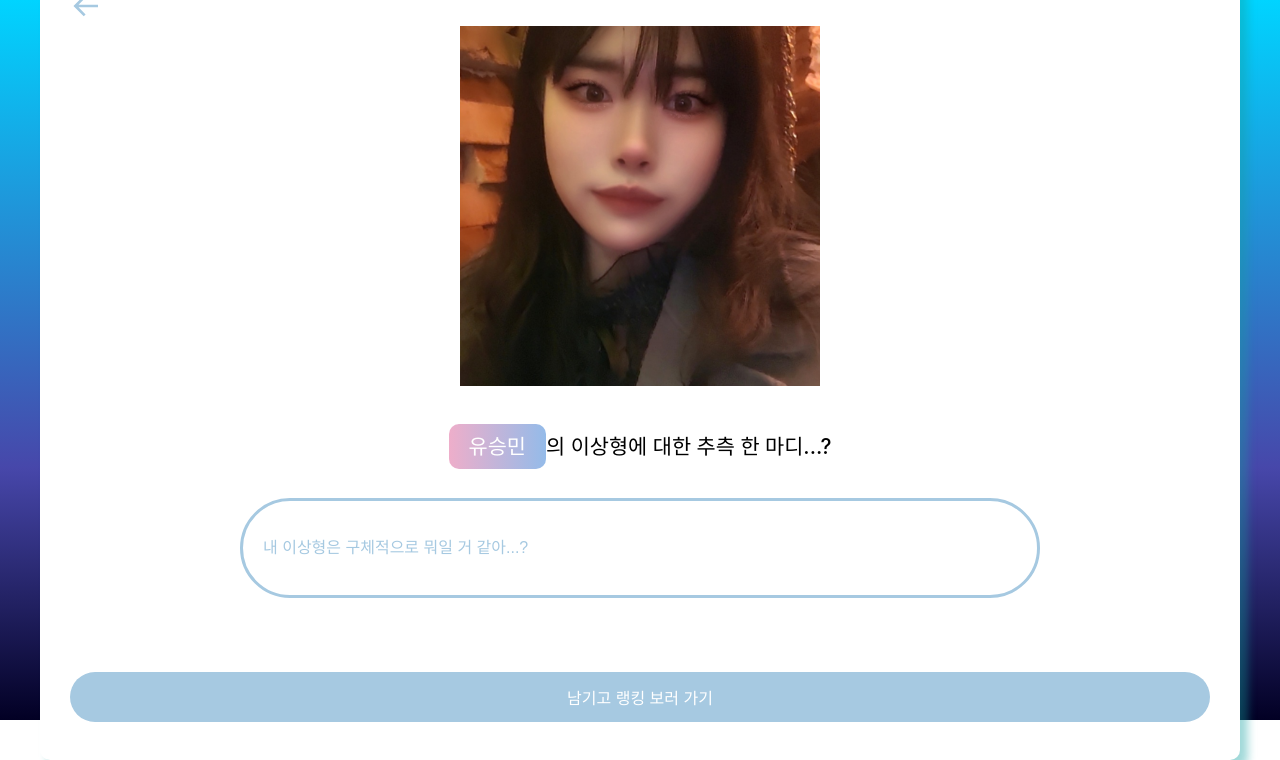
Repository: dnjfht/quiz3
Page: /message
An editor plug-in stored every save of this project. The page is shown before and after the next save, followed by the edit.
The browser window is 1280 px wide. The pictures show the whole page.
The project was rebuilt for these pictures with package versions that can differ from the ones it lists, and the page was loaded fresh each time. Also part of the build but not shown: src/components/Start.js, src/components/Progress.js, src/components/Quiz.js, src/components/Score.js, src/components/Ranking.js, src/components/NotPage.js.

Above is the page before, as saved 2023-04-15 23:46:29.

### src/index.js
import React from "react";
import ReactDOM from "react-dom/client";
import "./index.css";
import App from "./App";
import reportWebVitals from "./reportWebVitals";
import { BrowserRouter } from "react-router-dom";
import { Provider } from "react-redux";
import store from "./redux/config/configStore";

const root = ReactDOM.createRoot(document.getElementById("root"));
root.render(
  <Provider store={store}>
    <BrowserRouter>
      <App />
    </BrowserRouter>
  </Provider>
);

// If you want to start measuring performance in your app, pass a function
// to log results (for example: reportWebVitals(console.log))
// or send to an analytics endpoint. Learn more: https://bit.ly/CRA-vitals
reportWebVitals();

### src/index.css
body {
  margin: 0;
  font-family: -apple-system, BlinkMacSystemFont, "Segoe UI", "Roboto", "Oxygen",
    "Ubuntu", "Cantarell", "Fira Sans", "Droid Sans", "Helvetica Neue",
    sans-serif;
  -webkit-font-smoothing: antialiased;
  -moz-osx-font-smoothing: grayscale;
}

code {
  font-family: source-code-pro, Menlo, Monaco, Consolas, "Courier New",
    monospace;
}

@font-face {
  font-family: "ddalgifont";
  src: url("./fonts/고령딸기체+TTF.ttf");
}

@font-face {
  font-family: "chabfont";
  src: url("./fonts/chab.ttf");
}

@font-face {
  font-family: "ddagfont";
  src: url("./fonts/ddag.ttf");
}

### src/App.js
import styled from "styled-components";
import Router from "./shared/Router";

const Wrap = styled.div`
  width: 100%;
  height: 100vh;
  background: rgb(2, 0, 36);
  background: linear-gradient(
    0deg,
    rgba(2, 0, 36, 1) 0%,
    rgba(71, 71, 170, 1) 35%,
    rgba(0, 212, 255, 1) 100%
  );

  position: relative;
`;

const ContentWrap = styled.div`
  width: 1200px;
  height: 800px;
  padding: 30px;
  box-sizing: border-box;
  background-color: white;
  border-radius: 10px;
  box-shadow: 8px 8px 8px rgba(21, 159, 161, 0.4);

  position: absolute;
  top: 50%;
  margin-top: -400px;
  left: 50%;
  margin-left: -600px;
`;

function App() {
  return (
    <Wrap>
      <ContentWrap>
        <Router />
      </ContentWrap>
    </Wrap>
  );
}

export default App;

### src/redux/config/configStore.js
import { combineReducers, createStore, applyMiddleware } from "redux";
import thunk from "redux-thunk";
import quiz from "../modules/quiz";
import rank from "../modules/rank";

const middlewares = [thunk];
// 미들웨어들도 하나로 묶어줘야 힘.

const rootReducer = combineReducers({
  quiz: quiz,
  rank: rank,
});

const enhancer = applyMiddleware(...middlewares);
// reducer 말고 옵셔널하게 추가하는 애들의 모음.
// 여기 미들웨어를 적용해 넣을 거임.

const store = createStore(rootReducer, enhancer);
export default store;

### src/shared/Router.js
import React from "react";
import { Routes, Route } from "react-router-dom";
import Start from "../components/Start";
import Quiz from "../components/Quiz";
import Score from "../components/Score";
import Message from "../components/Message";
import Ranking from "../components/Ranking";
import NotPage from "../components/NotPage";

export default function Router() {
  return (
    <>
      <Routes>
        <Route path="/" element={<Start />} />
        <Route path="/quiz" element={<Quiz />} />
        <Route path="/score" element={<Score />} />
        <Route path="/message" element={<Message />} />
        <Route path="/ranking" element={<Ranking />} />
        <Route path="*" element={<NotPage />} />
      </Routes>
    </>
  );
}

### src/redux/modules/quiz.js
// action value
const ADDUSERANSWER = "add_user_answer";
const RESETUSERANSWER = "reset_user_answer";

// action creator

export const AddUserAnswer = (payload) => {
  return {
    type: ADDUSERANSWER,
    payload: payload,
  };
};

export const ResetUserAnswer = (payload) => {
  return {
    type: RESETUSERANSWER,
    payload: payload,
  };
};

// initialState
const initialState = {
  name: "유승민",
  quiz_list: [
    {
      image: "assets/1.png",
      quiz: "승민의 mbti는 intj다?",
      answer: false,
    },
    {
      image: "assets/2.png",
      quiz: "승민은 공감을 잘해주는 사람을 좋아한다?",
      answer: true,
    },
    {
      image: "assets/3.png",
      quiz: "승민은 사람들이랑 대화하고 알아가는 것을 즐긴다?",
      answer: true,
    },
    {
      image: "assets/4.png",
      quiz: "승민은 자기개발하는걸 좋아한다?",
      answer: true,
    },
    {
      image: "assets/5.png",
      quiz: "승민의 관심있을 때 하는 행동은 선톡을 하는 것이다?",
      answer: true,
    },
    {
      image: "assets/6.png",
      quiz: "승민은 불같은 연애보다 서로 믿고 의지할 수 있는 연애를 선호한다?",
      answer: true,
    },
    {
      image: "assets/7.png",
      quiz: "승민은 계획을 세우고 차근차근 계획에 옮기는걸 선호한다?",
      answer: true,
    },
    {
      image: "assets/8.png",
      quiz: "승민은 놀이기구 타는 것을 좋아한다?",
      answer: false,
    },
    {
      image: "assets/9.png",
      quiz: "승민은 고1 때부터 흡연을 했다?",
      answer: false,
    },
    {
      image: "assets/10.png",
      quiz: "승민은 소개팅을 나간 적이 있다?",
      answer: false,
    },
    {
      image: "assets/11.png",
      quiz: "승민은 소개팅과 같은 인위적인 만남을 좋아한다?",
      answer: false,
    },
    {
      image: "assets/12.png",
      quiz: "승민은 연인과 갈등이 있을 때 대화로 푸는 것을 선호한다?",
      answer: true,
    },
    {
      image: "assets/13.png",
      quiz: "승민은 연애할 때 항상 상대방의 기분이 우선이다?",
      answer: true,
    },
    {
      image: "assets/14.png",
      quiz: "승민은 좋아하는 사람에게 선물주는 것을 좋아한다?",
      answer: true,
    },
    {
      image: "assets/15.png",
      quiz: "승민은 감수성이 풍부해서 슬픈 영화나 만화를 보고 잘 운다?",
      answer: true,
    },
    {
      image: "assets/16.png",
      quiz: "승민은 본래 무뚝뚝한 성격이다?",
      answer: true,
    },
    {
      image: "assets/17.png",
      quiz: "승민의 노래방 18번곡은 나비무덤이다?",
      answer: false,
    },
    {
      image: "assets/18.png",
      quiz: "승민은 핫플을 돌아다니면서 맛집 탐방을 하고 사진 찍는 데이트를 선호한다?",
      answer: true,
    },
    {
      image: "assets/19.png",
      quiz: "승민은 연애할 때 꽃이나 편지 받는걸 좋아한다?",
      answer: true,
    },
    {
      image: "assets/20.png",
      quiz: "승민은 번호를 따인 적이 있다?",
      answer: false,
    },
  ],
  user_answer: [],
  result_text: {
    40: "나랑 친하지 않은가보군?😑",
    60: "나랑 좀 더 친해져야겠다🙃",
    80: "내적 친밀감 80퍼센트!😎",
    100: "뭐야, 넌 내 소울메이트...!?💖",
  },
};

// reducer

const quiz = (state = initialState, action) => {
  switch (action.type) {
    case ADDUSERANSWER: {
      const newUserAnswer = [...state.user_answer, action.payload];
      return { ...state, user_answer: newUserAnswer };
    }
    case RESETUSERANSWER: {
      return { ...state, user_answer: [] };
    }
    default:
      return state;
  }
};

export default quiz;

### src/redux/modules/rank.js
import { db } from "../../firebase";
import {
  collection,
  getDocs,
  addDoc,
  doc,
  updateDoc,
  deleteDoc,
  getDoc,
} from "firebase/firestore";

// action value
const ADDUSERNAME = "add_user_name";
const GETRANK = "get_rank";
const ADDRANK = "add_rank";

// action creator
export const GetRank = (payload) => {
  return {
    type: GETRANK,
    payload: payload,
  };
};

export const AddUserName = (payload) => {
  return {
    type: ADDUSERNAME,
    payload: payload,
  };
};

export const AddRank = (payload) => {
  return {
    type: ADDRANK,
    payload: payload,
  };
};

export const loadQuizFB = () => {
  return async function (dispatch) {
    const quiz_data = await getDocs(collection(db, "quiz"));
    console.log(quiz_data);

    let quiz_list = [];

    quiz_data.forEach((doc) => {
      console.log(doc.data());
      quiz_list.push({ id: doc.id, ...doc.data() });
    });

    console.log(quiz_list);

    dispatch(GetRank(quiz_list));
  };
};

export const addQuizFB = (payload) => {
  return async function (dispatch) {
    const docRef = await addDoc(collection(db, "quiz"), payload);
    // const _quiz = await getDoc(docRef);
    // const quiz = { id: _quiz.id, ..._quiz.data() };
    // dispatch(AddRank(quiz));

    // 추가한 데이터 중 id를 가져와서 bucket_data 만들기.
    // const bucket_data = { id: docRef.id, ...payload };
    // // 마지막으로 액션 일으키기 (수정해달라고 요청)
    // dispatch(createWidget(bucket_data));
  };
};

// initialState
const initialState = {
  user_name: "",
  rank: [
    // { score: 100, name: "방가방가", comment: "다들 잘생겼다" },
    // { score: 40, name: "이하늘", comment: "너무 어려운데..." },
    // { score: 60, name: "오하요~!", comment: "잘 생긴 사람이 곧 이상형" },
  ],
};

// reducer
const rank = (state = initialState, action) => {
  switch (action.type) {
    case GETRANK: {
      console.log(action.payload);
      return { ...state, rank: action.payload };
    }
    case ADDUSERNAME: {
      return { ...state, user_name: action.payload };
    }
    case ADDRANK: {
      const new_rank_data = [...state.rank, action.payload];
      return { ...state, rank: new_rank_data };
    }
    default:
      return state;
  }
};
export default rank;

### src/components/Message.js
import React from "react";
import styled from "styled-components";
import { BiArrowBack } from "react-icons/bi";
import { useNavigate } from "react-router-dom";
import { useDispatch, useSelector } from "react-redux";
import { useRef } from "react";
import { AddRank, addQuizFB } from "../redux/modules/rank";

const Wrap = styled.div`
  width: 100%;
  height: 100%;
`;

const ContentWrap = styled.div`
  width: 100%;
  height: 94%;

  display: flex;
  flex-direction: column;
  align-items: center;
  justify-content: space-between;
`;

const ImgWrap = styled.img`
  width: 360px;
  height: 360px;
`;

const Title = styled.h1`
  margin-top: -20px;

  font-size: 1.3rem;
  font-weight: 500;

  & > span {
    padding: 10px 20px;
    background: rgb(238, 174, 202);
    background: linear-gradient(
      90deg,
      rgba(238, 174, 202, 1) 0%,
      rgba(148, 187, 233, 1) 100%
    );
    border-radius: 10px;

    color: white;
  }
`;

const CommentInput = styled.input`
  width: 800px;
  height: 100px;
  margin-top: -40px;
  padding: 20px;
  box-sizing: border-box;
  background-color: transparent;
  border: 3px solid #a6c9e1;
  border-radius: 50px;

  font-size: 1rem;
  color: rgba(0, 0, 0, 0.6);

  outline: none;

  transition: all 0.8s;

  &:focus {
    border: 3px solid #2a95ae;
  }
  &::placeholder {
    color: #a6c9e1;
  }
`;

const GoToRankingButton = styled.button`
  width: 100%;
  height: 50px;
  margin-top: 10px;
  background: #a6c9e1;
  border: none;
  border-radius: 30px;

  color: white;
  font-size: 1rem;

  transition: all 0.5s;

  &:hover {
    background: #00ffeb;
    color: white;

    cursor: pointer;
  }
`;

export default function Message() {
  const navigate = useNavigate();
  const dispatch = useDispatch();

  const quiz_list = useSelector((state) => state.quiz.quiz_list);
  const user_answer = useSelector((state) => state.quiz.user_answer);
  const name = useSelector((state) => state.quiz.name);
  const user_name = useSelector((state) => state.rank.user_name);

  const random_number = Math.floor(Math.random() * 10);

  const commentInputRef = useRef(null);

  const _score =
    (100 / quiz_list.length) *
    user_answer.filter((answer, idx) => {
      return answer === quiz_list[idx].answer;
    }).length;

  const score = Math.floor(_score);

  const handleAddRankData = (event) => {
    event.preventDefault();

    const new_rank = {
      name: user_name,
      score: score,
      comment: commentInputRef.current.value,
      current: true,
    };

    dispatch(addQuizFB(new_rank));

    navigate("/ranking");
  };

  return (
    <Wrap>
      <BiArrowBack
        style={{ color: "#a6c9e1", fontSize: "2rem" }}
        onClick={() => {
          navigate(-1);
        }}
      />
      <ContentWrap>
        <ImgWrap
          src={process.env.PUBLIC_URL + `${quiz_list[random_number].image}`}
        />

        <Title>
          <span>{name}</span>의 이상형에 대한 추측 한 마디...?
        </Title>

        <CommentInput
          type="text"
          placeholder="내 이상형은 구체적으로 뭐일 거 같아...?"
          ref={commentInputRef}
        />

        <GoToRankingButton onClick={handleAddRankData}>
          남기고 랭킹 보러 가기
        </GoToRankingButton>
      </ContentWrap>
    </Wrap>
  );
}

### src/firebase.js
// Import the functions you need from the SDKs you need
import { initializeApp } from "firebase/app";
import { getFirestore } from "firebase/firestore";
// TODO: Add SDKs for Firebase products that you want to use
// https://firebase.google.com/docs/web/setup#available-libraries

// Your web app's Firebase configuration
// For Firebase JS SDK v7.20.0 and later, measurementId is optional
const firebaseConfig = {
  apiKey: "AIzaSyAQCzx3TeRMhfQ14uI1xPuxKIeyOukr2zs",
  authDomain: "seungmin-s-quiz2.firebaseapp.com",
  projectId: "seungmin-s-quiz2",
  storageBucket: "seungmin-s-quiz2.appspot.com",
  messagingSenderId: "764474150624",
  appId: "1:764474150624:web:e3932df48db64f86c44a85",
  measurementId: "G-NK0EYYQQFF",
};

// Initialize Firebase
const app = initializeApp(firebaseConfig);
export const db = getFirestore(app);

Loaded but not shown: public/index.html (common file); src/reportWebVitals.js (common file)

After the next save:
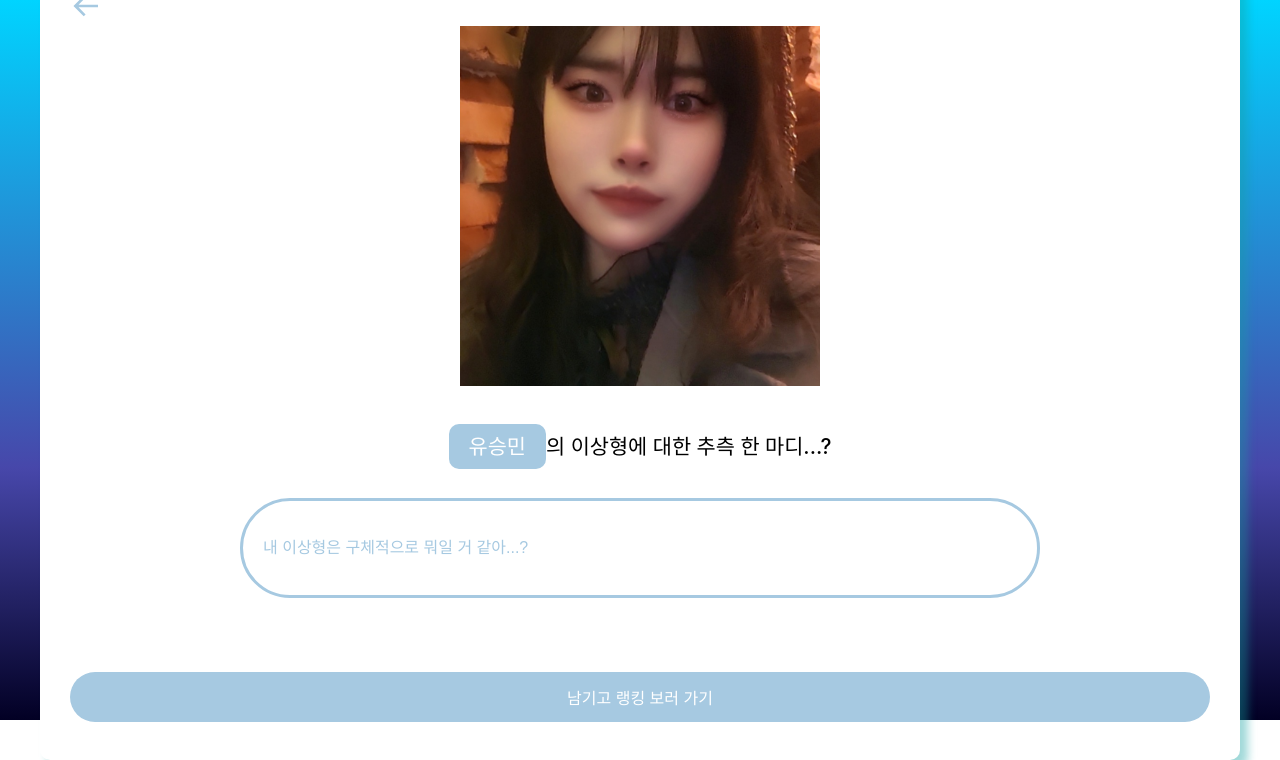
Saved 12 s later.
--- a/src/components/Message.js
+++ b/src/components/Message.js
@@ -34,12 +34,7 @@ const Title = styled.h1`
 
   & > span {
     padding: 10px 20px;
-    background: rgb(238, 174, 202);
-    background: linear-gradient(
-      90deg,
-      rgba(238, 174, 202, 1) 0%,
-      rgba(148, 187, 233, 1) 100%
-    );
+    background: #a6c9e1;
     border-radius: 10px;
 
     color: white;
